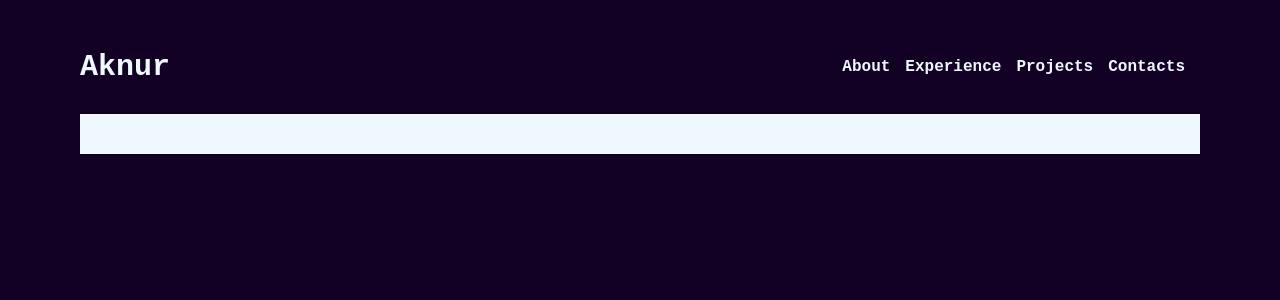
Repository: aknurkappar/nfactorial-portfolio-app-03-03-2022
Page: /
The author's editor kept a copy of each file at every save. The page is drawn from the files as they stood at one save, then again after a run of saves.
The browser window is 1280 px wide. The pictures show the whole page.
The project was rebuilt for these pictures with package versions that can differ from the ones it lists, and the page was loaded fresh each time. Also part of the build but not shown: src/App.css.

Above is the page before, as saved 2023-03-03 20:56:06.

After the next 3 saves:
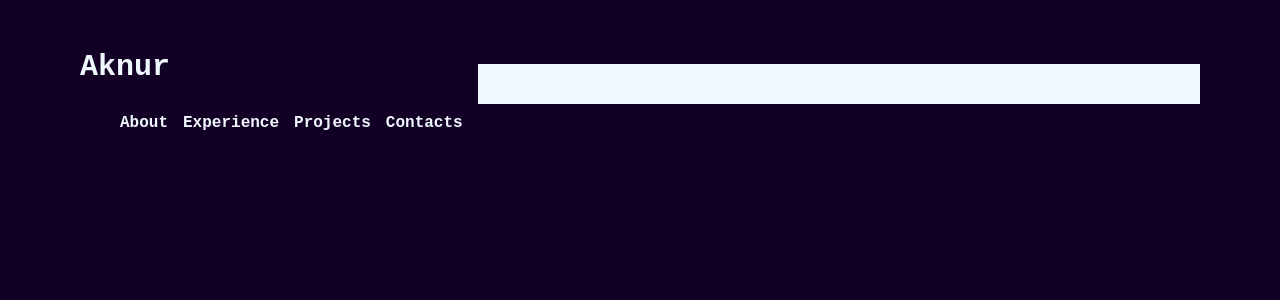
The 3 saves are shown as one change because they came seconds apart.
The last was saved 9 s later.
--- a/src/components/Header/index.css
+++ b/src/components/Header/index.css
@@ -10,16 +10,12 @@
 }
 
 .header{
-
-}
-
-.header-items{
     display: flex;
     align-items: center;
     justify-content: space-between;
 }
 
-.header-items p{
+.header p{
     font-size: 30px;
 }
 
